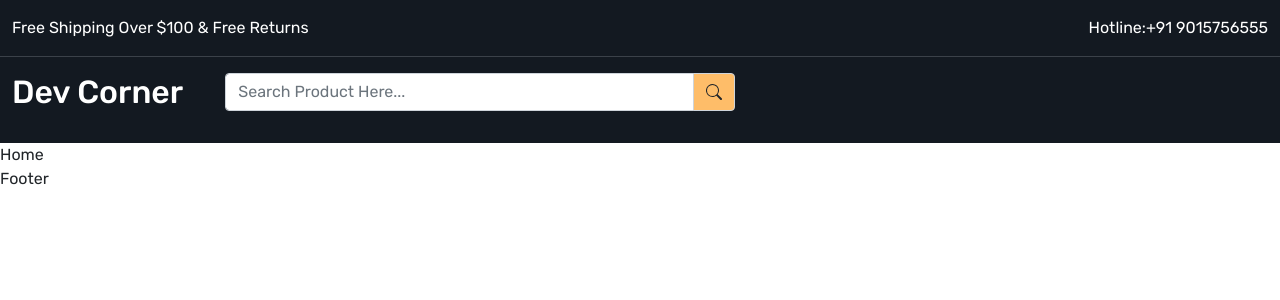
Repository: anamikatomar21/demo
Page: /
An editor plug-in stored every save of this project. The page is shown before and after the next save, followed by the edit.
The browser window is 1280 px wide. The pictures show the whole page.
The project was rebuilt for these pictures with package versions that can differ from the ones it lists, and the page was loaded fresh each time. Also part of the build but not shown: src/pages/About.js, src/pages/Contact.js.

Above is the page before, as saved 2023-05-13 14:19:31.

### public/index.html
<!DOCTYPE html>
<html lang="en">
  <head>
    <meta charset="utf-8" />
    <link rel="icon" href="%PUBLIC_URL%/favicon.ico" />
    <meta name="viewport" content="width=device-width, initial-scale=1" />
    <meta name="theme-color" content="#000000" />
    <meta
      name="description"
      content="Web site created using create-react-app"
    />
    <link rel="apple-touch-icon" href="%PUBLIC_URL%/logo192.png" />
    <link
      href="https://cdn.jsdelivr.net/npm/bootstrap@5.0.2/dist/css/bootstrap.min.css"
      rel="stylesheet"
      integrity="sha384-EVSTQN3/azprG1Anm3QDgpJLIm9Nao0Yz1ztcQTwFspd3yD65VohhpuuCOmLASjC"
      crossorigin="anonymous"
    />
    <link rel="manifest" href="%PUBLIC_URL%/manifest.json" />
    <link rel="preconnect" href="https://fonts.googleapis.com" />
    <link rel="preconnect" href="https://fonts.gstatic.com" crossorigin />
    <link
      href="https://fonts.googleapis.com/css2?family=Rubik:ital,wght@0,300;0,400;0,500;0,800;1,600&display=swap"
      rel="stylesheet"
    />
    <title>Ecommerce App</title>
  </head>
  <body>
    <noscript>You need to enable JavaScript to run this app.</noscript>
    <div id="root"></div>
    <script
      src="https://cdn.jsdelivr.net/npm/bootstrap@5.0.2/dist/js/bootstrap.bundle.min.js"
      integrity="sha384-MrcW6ZMFYlzcLA8Nl+NtUVF0sA7MsXsP1UyJoMp4YLEuNSfAP+JcXn/tWtIaxVXM"
      crossorigin="anonymous"
    ></script>
  </body>
</html>

### src/App.js
import React from "react";
import { BrowserRouter, Routes, Route } from "react-router-dom";
import "./App.css";
import Layout from "./components/Layout";
import Home from "./pages/Home";
import About from "./pages/About";
import Contact from "./pages/Contact";

function App() {
  return (
    <>
      <BrowserRouter>
        <Routes>
          <Route path="/" element={<Layout />}>
            <Route index element={<Home />} />
            <Route path="about" element={<About />} />
            <Route path="contact" element={<Contact />} />
          </Route>
        </Routes>
      </BrowserRouter>
    </>
  );
}

export default App;

### src/App.css
* {
  margin: 0;
  padding: 0;
  box-sizing: border-box;
}

:root {
  --color-131921: #131921;
  --color-3b4149: #3b4149;
  --color-febd69: #febd69;
}
body {
  font-family: "Rubik", sans-serif;
}

a {
  text-decoration: none;
  display: inline-block;
}

/* Header Part */

.header-top-strip {
  background-color: var(--color-131921);
  border-bottom: 1px solid var(--color-3b4149);
}

.header-upper {
  background-color: var(--color-131921);
}

.header-upper .input-group-text {
  background-color: var(--color-febd69);
}
/* Header Part End Here*/

### src/components/Layout.js
import React from "react";
import { Outlet } from "react-router-dom";
import Footer from "./Footer";
import Header from "./Header";

const Layout = () => {
  return (
    <>
      <Header />
      <Outlet />
      <Footer />
    </>
  );
};

export default Layout;

### src/components/Header.js
import React from "react";
import { NavLink, Link } from "react-router-dom";
import { BsSearch } from "react-icons/bs";

const Header = () => {
  return (
    <>
      <header className="header-top-strip py-3">
        <div className="container-xxl">
          <div className="row">
            <div className="col-6">
              <p className="text-white mb-0">
                Free Shipping Over $100 & Free Returns
              </p>
            </div>
            <div className="col-6">
              <p className="text-end text-white mb-0">
                Hotline:
                <a href="tel:+91 9015756555" className="text-white">
                  +91 9015756555
                </a>
              </p>
            </div>
          </div>
        </div>
      </header>

      <header className="header-upper py-3">
        <div className="container-xxl">
          <div className="row">
            <div className="col-2">
              <h2>
                <Link className="text-white">Dev Corner</Link>
              </h2>
            </div>
            <div className="col-5">
              <div className="input-group mb-3">
                <input
                  type="text"
                  class="form-control"
                  placeholder="Search Product Here..."
                  aria-label="Search Product Here..."
                  aria-describedby="basic-addon2"
                />
                <span className="input-group-text" id="basic-addon2">
                  <BsSearch />
                </span>
              </div>
            </div>
            <div className="col-5"></div>
          </div>
        </div>
      </header>
    </>
  );
};

export default Header;

Loaded but not shown: src/index.js (common file); src/pages/Home.js (common file); src/components/Footer.js (common file)

After the next save:
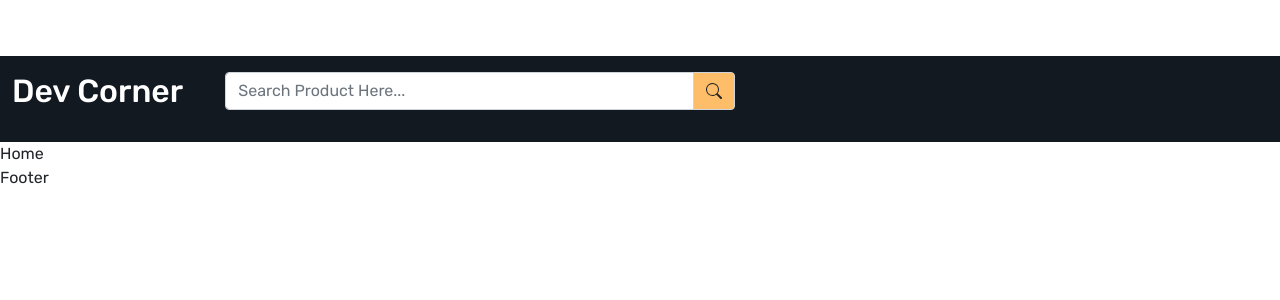
Saved 86 s later.
--- a/src/App.css
+++ b/src/App.css
@@ -19,7 +19,7 @@
 }
 
 /* Header Part */
-
+.form-control
 .header-top-strip {
   background-color: var(--color-131921);
   border-bottom: 1px solid var(--color-3b4149);

After the save that followed:
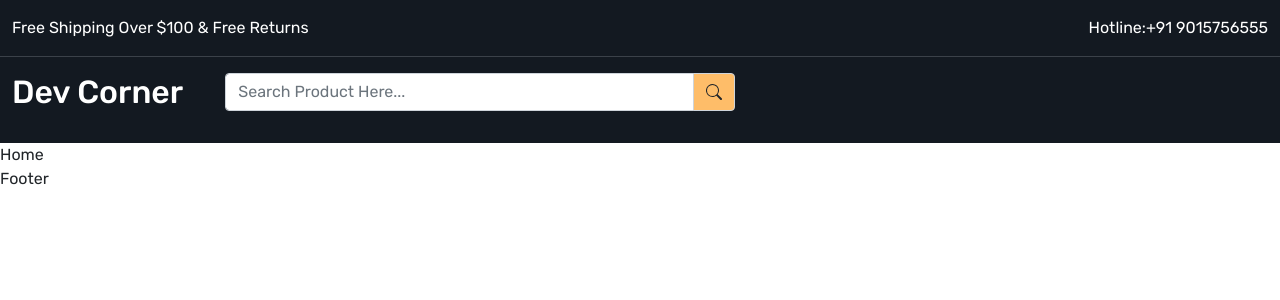
Saved 5 s later.
--- a/src/App.css
+++ b/src/App.css
@@ -19,7 +19,9 @@
 }
 
 /* Header Part */
-.form-control
+.form-control:focus{
+
+}
 .header-top-strip {
   background-color: var(--color-131921);
   border-bottom: 1px solid var(--color-3b4149);
